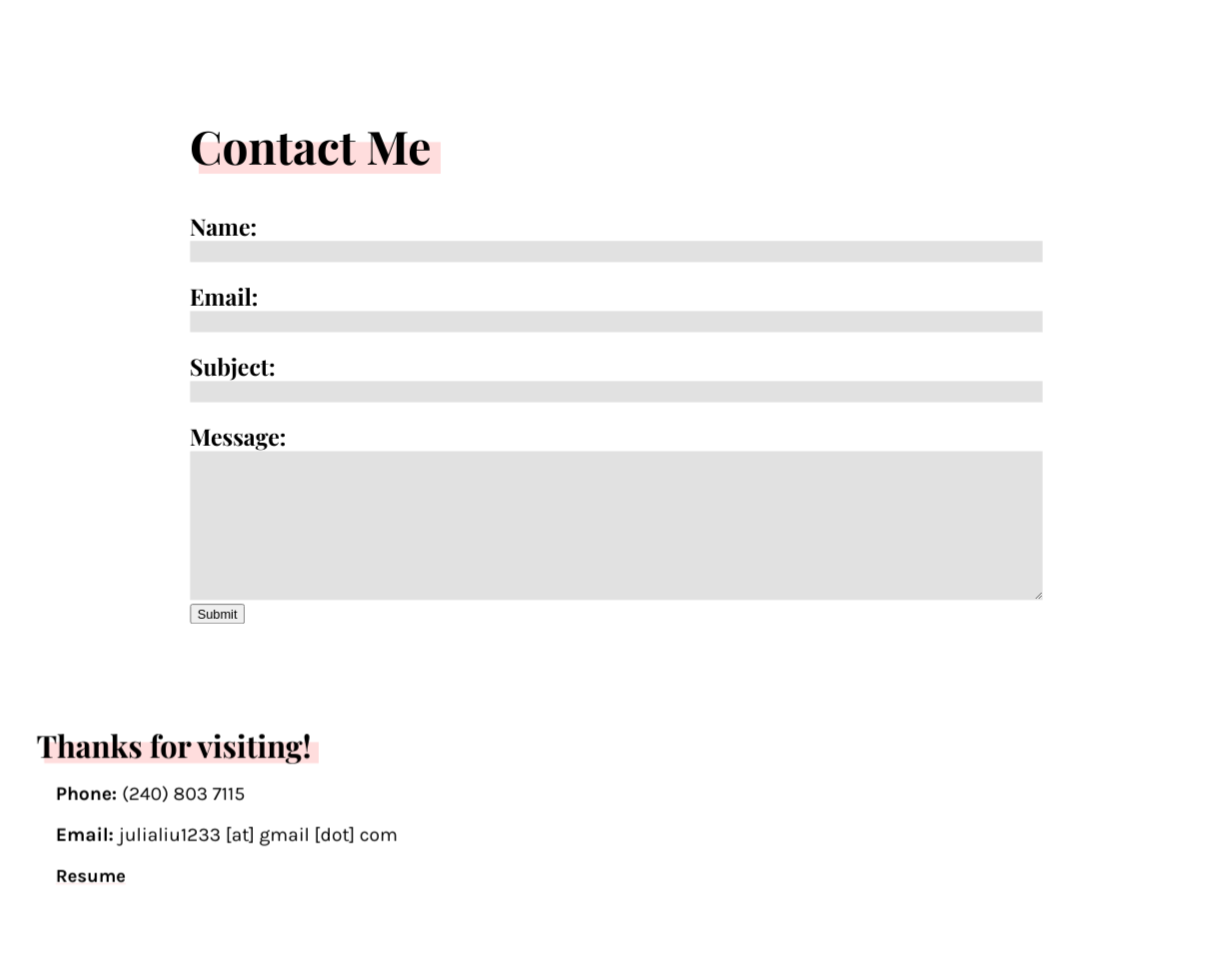
Repository: liu-julia/liu-julia.github.io
Page: contact.html
The author's editor kept a copy of each file at every save. The page is drawn from the files as they stood at one save, then again after the next save.
The browser window is 1280 px wide. The pictures show the whole page, at 96% of full size.

Above is the page before, as saved 2022-05-19 16:01:17.

After the next save:
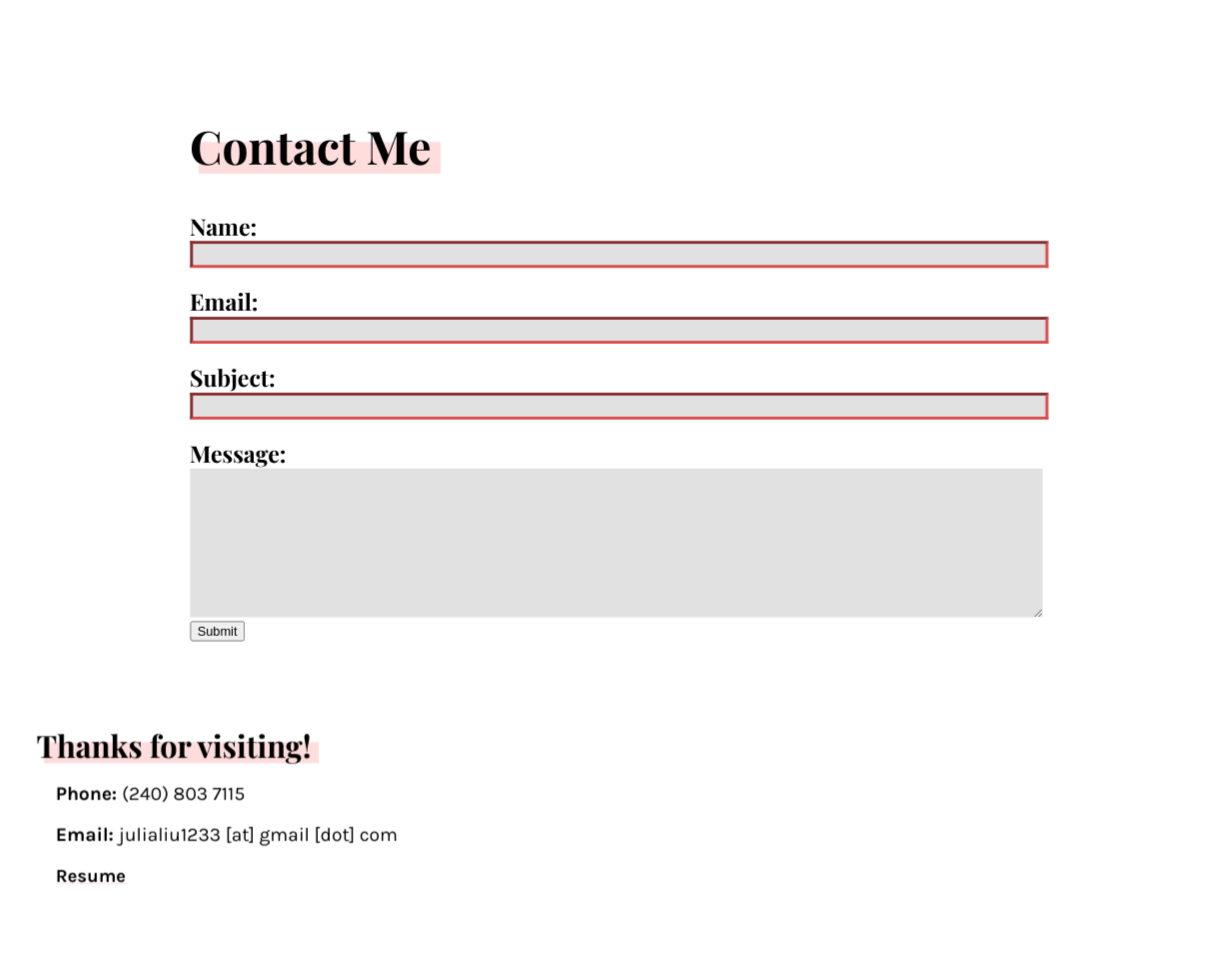
Saved 21 s later.
--- a/css/styles.css
+++ b/css/styles.css
@@ -285,7 +285,7 @@ form {
 input {
     width: 100%;
     background-color: #e1e1e1;
-    border: 3px;
+    border-width: 3px;
     border-color: rgb(219, 77, 77);
     font-size: 1.1rem;
     font-family: 'Karla', sans-serif;
